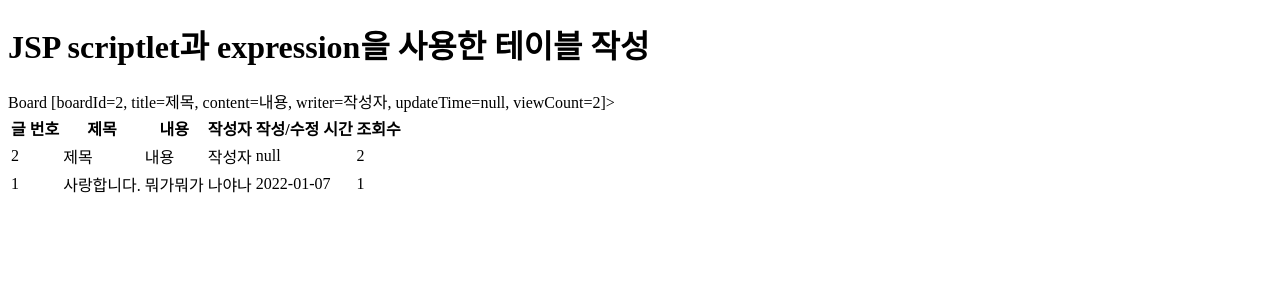
Repository: ljh5973/labweb
Page: http://localhost/JSP02/04_table.jsp
These files come from the project's save history. The page is drawn as it stood at one moment and after the next save; the edit follows.
The browser window is 1280 px wide. The pictures show the whole page.
The page is served by Tomcat 9.

Above is the page before, as saved 2022-01-07 06:58:51.

After the next save:
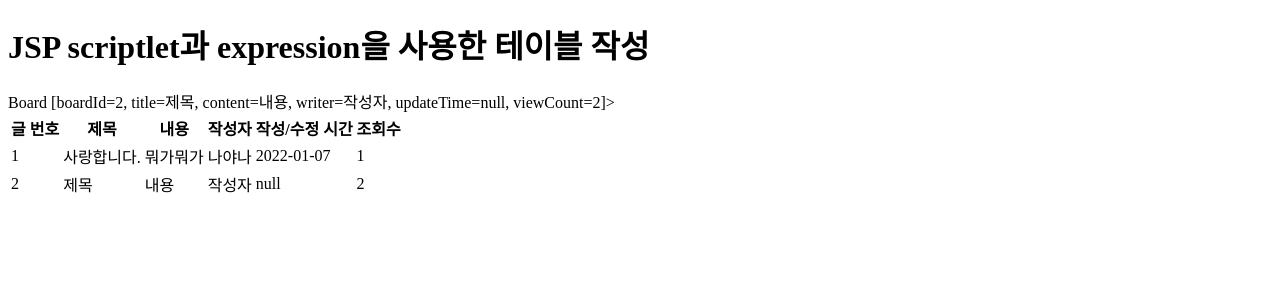
Saved 48 s later.
--- a/JSP02/webapp/04_table.jsp
+++ b/JSP02/webapp/04_table.jsp
@@ -38,8 +38,8 @@
 
 
 	 	Board test=new Board(2,"제목", "내용", "작성자", null, 2);
+	 	list.add(new Board(1,"사랑합니다.", "뭐가뭐가", "나야나",time, 1));
 	 	list.add(test);
-	 	list.add(new Board(1,"사랑합니다.", "뭐가뭐가", "나야나",time, 1));
 	 %>
 	 <%=test %>>
 	 <table>
